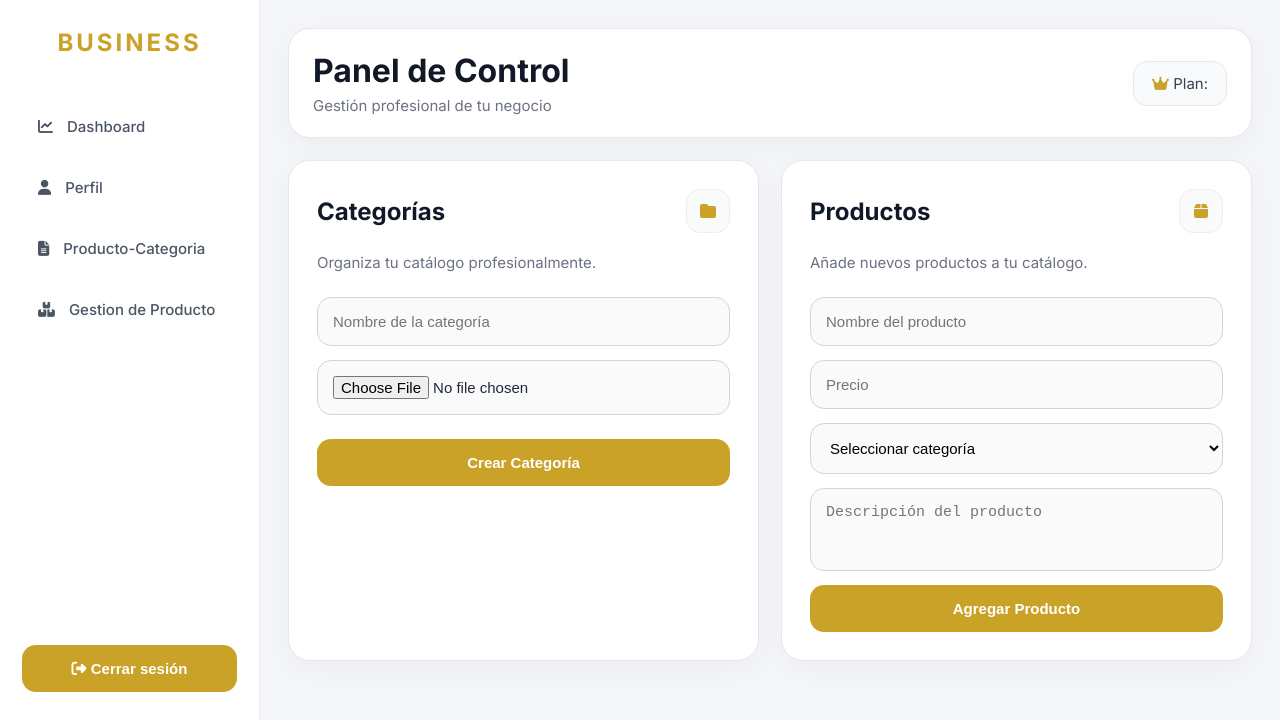
Repository: BrianCarringtom/menuqr
Page: resources/views/business/producto.blade.php
An editor plug-in stored every save of this project. The page is shown before and after the next save, followed by the edit.
The browser window is 1280 px wide. The pictures show the whole page.
The page is served by the project's Laravel application, run on PHP 8.4 with Laravel 12. A made-up administrator, Test User (test@example.com), is signed in. The template is opened directly, without the code that normally fills it, so the values that code supplies are empty.

Above is the page before, as saved 2026-06-04 11:54:55.

After the next save:
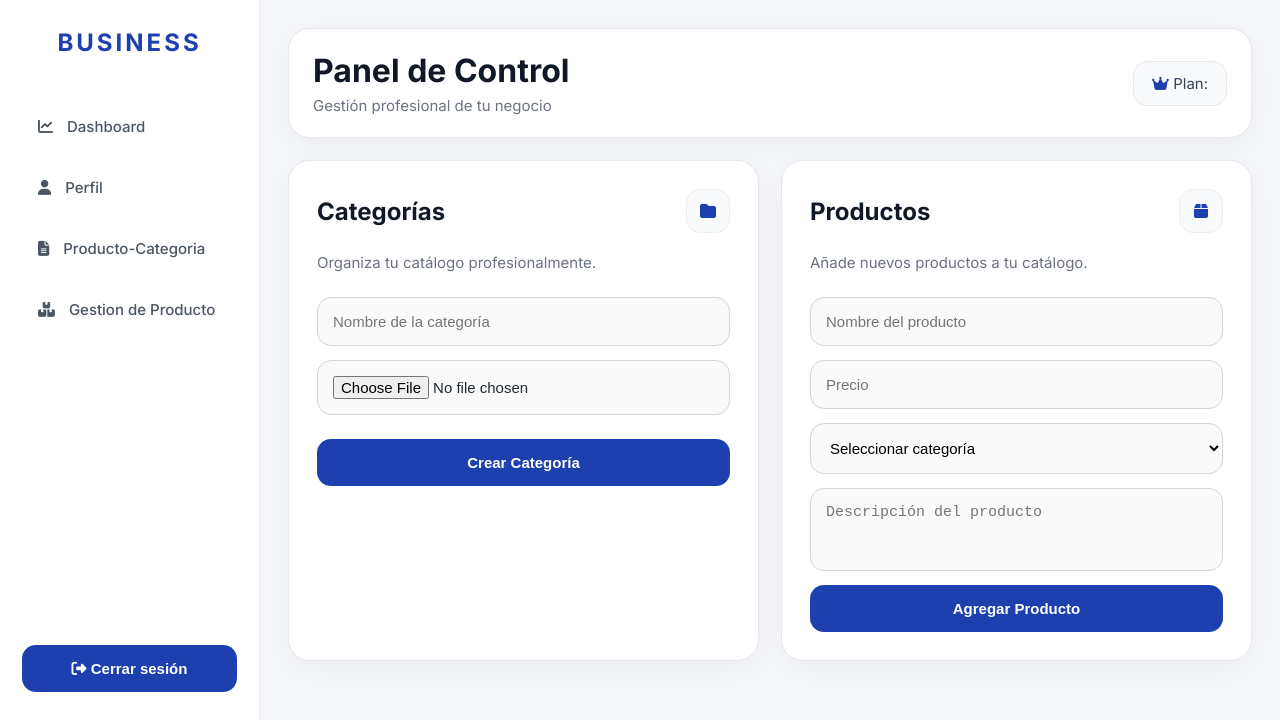
Saved 107 s later.
--- a/resources/views/business/producto.blade.php
+++ b/resources/views/business/producto.blade.php
@@ -47,7 +47,7 @@
 
         .sidebar h2 {
             text-align: center;
-            color: #c9a227;
+            color: #1e40af;
             font-weight: 700;
             letter-spacing: 3px;
             font-size: 24px;
@@ -72,14 +72,14 @@
         }
 
         .menu a:hover {
-            background: #fff7df;
-            color: #c9a227;
+            background: #eff6ff;
+            color: #1e40af;
             transform: translateX(3px);
         }
 
         .logout-btn {
             width: 100%;
-            background: #c9a227;
+            background: #1e40af;
             border: none;
             padding: 15px;
             border-radius: 14px;
@@ -91,7 +91,7 @@
         }
 
         .logout-btn:hover {
-            background: #aa861d;
+            background: #1e3a8a;
         }
 
         /* ================= MAIN ================= */
@@ -214,8 +214,8 @@
         input:focus,
         select:focus,
         textarea:focus {
-            border-color: #c9a227;
-            box-shadow: 0 0 0 4px rgba(201, 162, 39, 0.12);
+            border-color: #1e40af;
+            box-shadow: 0 0 0 4px rgba(30, 64, 175, 0.12);
         }
 
         textarea {
@@ -225,7 +225,7 @@
         /* ================= BOTONES ================= */
 
         .btn-gold {
-            background: #c9a227;
+            background: #1e40af;
             color: white;
             border: none;
             border-radius: 14px;
@@ -237,8 +237,8 @@
         }
 
         .btn-gold:hover {
-            background: #b8911f;
-            box-shadow: 0 10px 20px rgba(201, 162, 39, 0.28);
+            background: #1d4ed8;
+            box-shadow: 0 10px 20px rgba(30, 64, 175, 0.28);
         }
 
         .btn-gold:active {
@@ -308,7 +308,7 @@
             height: 52px;
             border: none;
             border-radius: 14px;
-            background: #c9a227;
+            background: #1e40af;
             color: white;
             font-size: 20px;
             cursor: pointer;
@@ -549,7 +549,7 @@
 
                 <div class="header-box">
 
-                    <i class="fas fa-crown" style="color:#c9a227;"></i>
+                    <i class="fas fa-crown" style="color:#1e40af;"></i>
 
                     Plan:
                     {{ ucfirst(auth()->user()->plan) }}
@@ -588,7 +588,7 @@
                         <h3>Categorías</h3>
 
                         <div class="icon-box">
-                            <i class="fas fa-folder" style="color:#c9a227;"></i>
+                            <i class="fas fa-folder" style="color:#1e40af;"></i>
                         </div>
 
                     </div>
@@ -625,7 +625,7 @@
                         <h3>Productos</h3>
 
                         <div class="icon-box">
-                            <i class="fas fa-box" style="color:#c9a227;"></i>
+                            <i class="fas fa-box" style="color:#1e40af;"></i>
                         </div>
 
                     </div>
